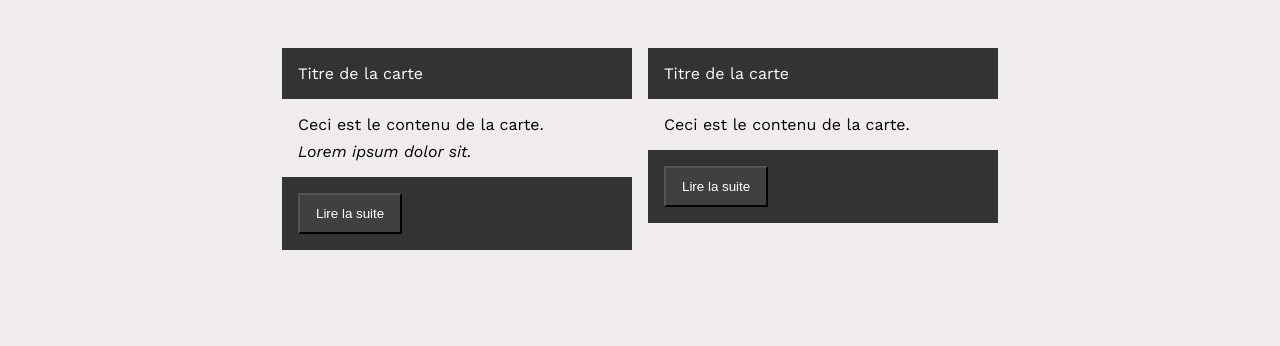
Repository: b3no1t/SASS--the-beginning
Page: exercices/cards/index.html
These files come from the project's save history. The page is drawn as it stood at one moment and after the next save; the edit follows.
The browser window is 1280 px wide. The pictures show the whole page.

Above is the page before, as saved 2025-02-02 01:24:45.

After the next save:
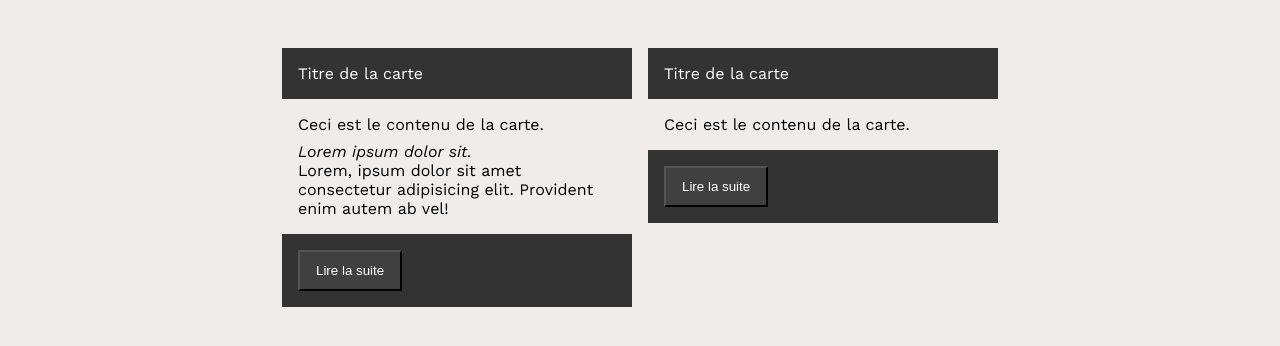
Saved 15 s later.
--- a/exercices/cards/index.html
+++ b/exercices/cards/index.html
@@ -19,6 +19,7 @@
 
        <blockquote>
         <cite>Lorem ipsum dolor sit.</cite>
+        <p>Lorem, ipsum dolor sit amet consectetur adipisicing elit. Provident enim autem ab vel!</p>
        </blockquote>
       </div>
 
